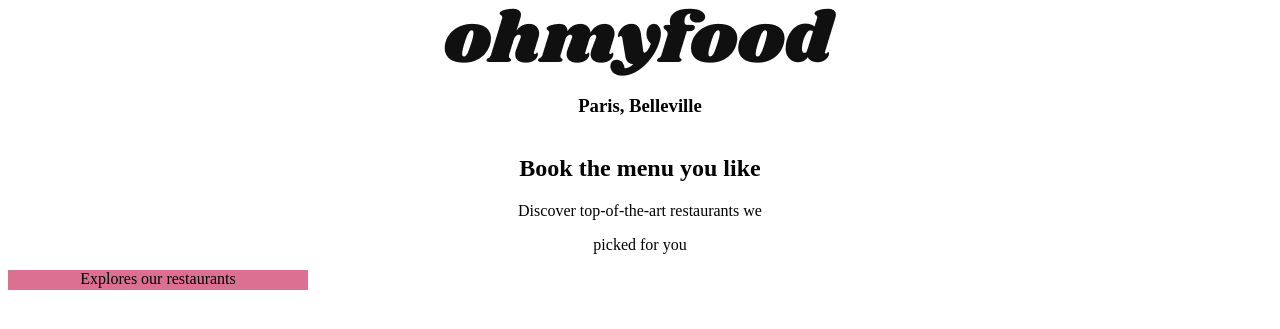
Repository: ailahin/ohmyfood
Page: Index.html
An editor plug-in stored every save of this project. The page is shown before and after the next save, followed by the edit.
The browser window is 1280 px wide. The pictures show the whole page.

Above is the page before, as saved 2023-08-11 00:34:47.

### Index.html
<!DOCTYPE html>
<html lang="en">
<head>
    <meta charset="UTF-8">
    <meta name="viewport" content="width=device-width, initial-scale=1.0">
    <title>ohmyfood</title>
    <link rel="stylesheet" href="index.css">
</head>
<body>
    <header>
        <div class="header-img">
            <img src="/images/logo/ohmyfood.png" alt="">
        </div>

        <div class="header-title">
            <h3> Paris, Belleville</h3>
        </div>

    </header>
    <nav>

        <h1 class="nav-title"> Book the menu you like</h1>
        <p class="span-text"> Discover top-of-the-art restaurants we</p>
        <p class="span-text">picked for you</p>

        <a type="button" class="btn">
            Explores our restaurants
        </a>


    </nav>

    <section>

    </section>
    <footer>

    </footer>
</body>
</html>

### index.css

.header-img{
    display: flex;
    align-items: center;
    justify-content:center;

}
.header-title{
    display: flex;
    align-items: center;
    justify-content:center;

}

    .nav-title{
        align-items: center;
        justify-content: center;
        display: flex;

    }

    .span-text{
        align-items: center;
        justify-content: center;
        display: flex;
    }
    .btn{
        background-color: palevioletred;
        width: 300px;
        height: 20px;
        box-sizing: border-box;
        display: flex;
        align-content: center;
        justify-content: center;


    }

After the next save:
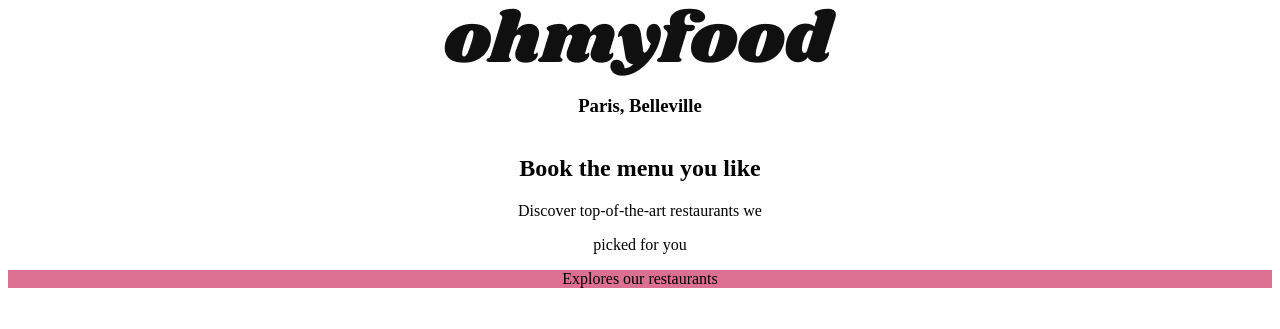
Saved 72 s later.
--- a/index.css
+++ b/index.css
@@ -26,8 +26,6 @@
     }
     .btn{
         background-color: palevioletred;
-        width: 300px;
-        height: 20px;
         box-sizing: border-box;
         display: flex;
         align-content: center;
